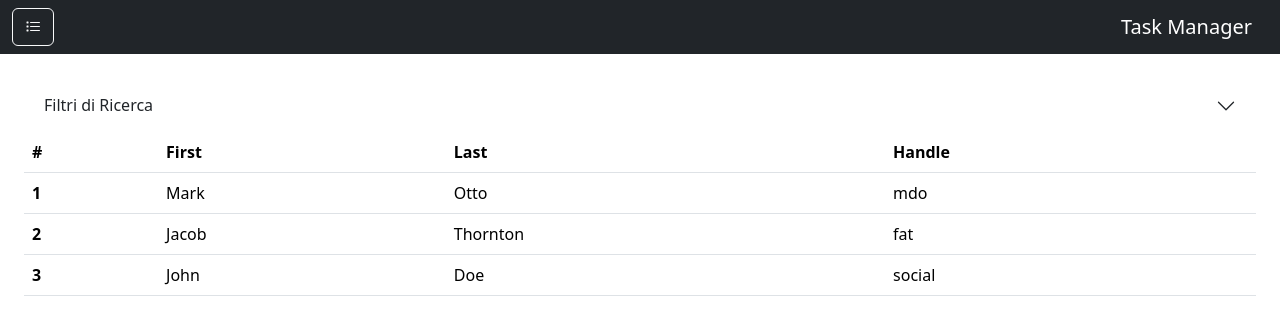
Repository: Barrakude/Angular_Project
Page: /task-list (app in test-finale/)
The author's editor kept a copy of each file at every save. The page is drawn from the files as they stood at one save, then again after the next save.
The browser window is 1280 px wide. The pictures show the whole page.
The page's requests for data from a server got no answer. The project was rebuilt for these pictures with package versions that can differ from the ones it lists, and the page was loaded fresh each time. No one was signed in, and anything a server would have sent is missing. Also part of the build but not shown: test-finale/angular.json, test-finale/src/app/features/board/board.component.ts, test-finale/src/app/features/board/doing/doing.component.ts, test-finale/src/app/shared/components/task-card/task-card.component.ts, test-finale/src/app/shared/interfaces/itask.ts, test-finale/src/app/features/board/done/done.component.ts, test-finale/src/app/features/board/todo/todo.component.ts.

Above is the page before, as saved 2025-06-18 11:03:04.

After the next save:
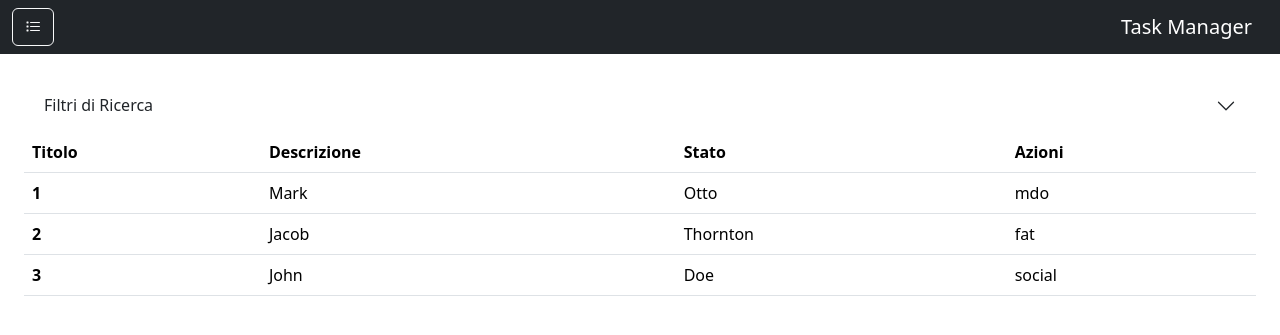
Saved 70 s later.
--- a/test-finale/src/app/features/task-list/task-list.component.html
+++ b/test-finale/src/app/features/task-list/task-list.component.html
@@ -15,10 +15,10 @@
 <table class="table">
     <thead>
         <tr>
-            <th scope="col">#</th>
-            <th scope="col">First</th>
-            <th scope="col">Last</th>
-            <th scope="col">Handle</th>
+            <th scope="col">Titolo</th>
+            <th scope="col">Descrizione</th>
+            <th scope="col">Stato</th>
+            <th scope="col">Azioni</th>
         </tr>
     </thead>
     <tbody>
